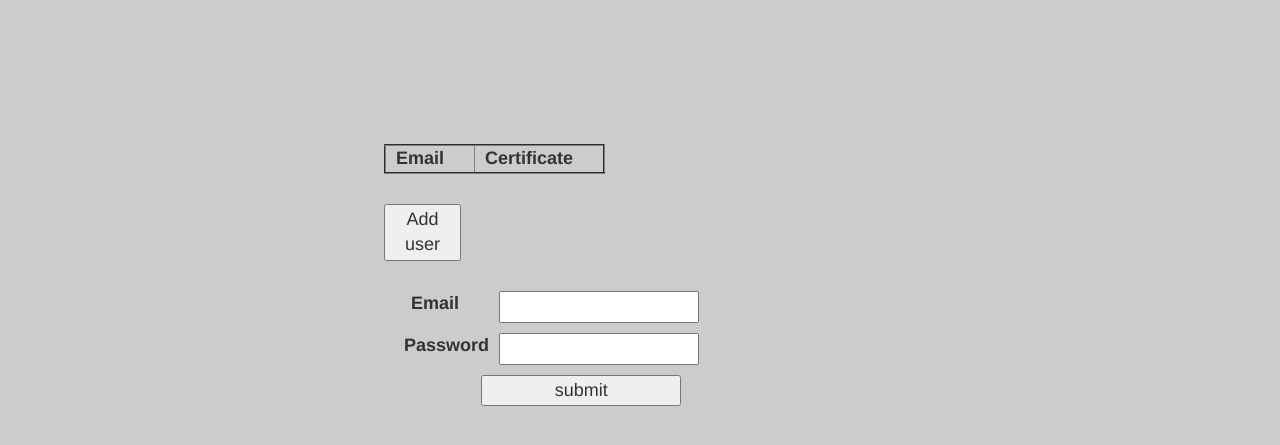
Repository: marijabroceta/ProjekatIB
Page: IB_Project_Shell/src/main/resources/static/main_page.html
These files come from the project's save history. The page is drawn as it stood at one moment and after the next save; the edit follows.
The browser window is 1280 px wide. The pictures show the whole page.
The page's requests for data from a server got no answer.

Above is the page before, as saved 2018-06-29 19:17:45.

After the next save:
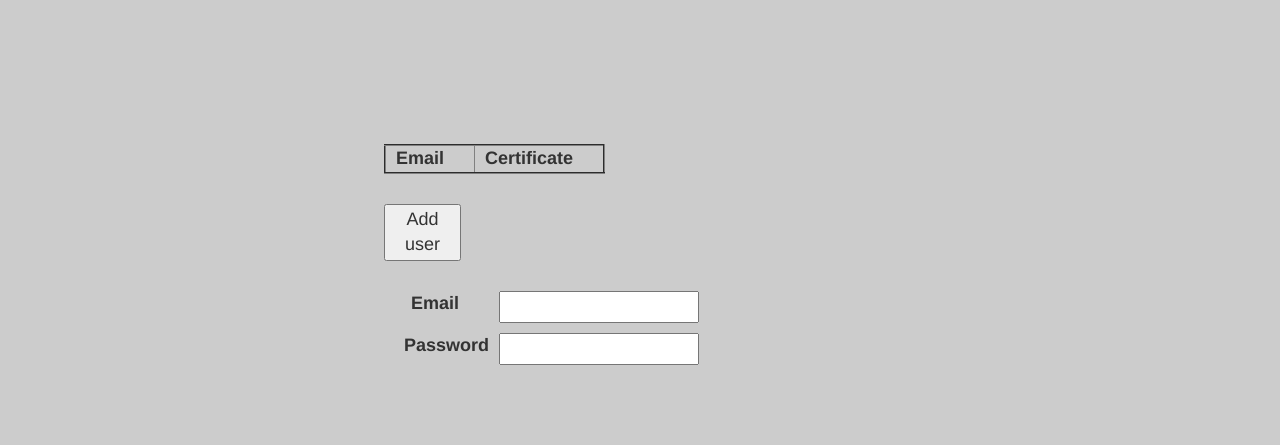
Saved 102 s later.
--- a/IB_Project_Shell/src/main/resources/static/js/main_page.js
+++ b/IB_Project_Shell/src/main/resources/static/js/main_page.js
@@ -1,6 +1,8 @@
 $(document).ready(function(){
 
 	get_users();
+
+	$('#submit').hide();
 
 });
 
